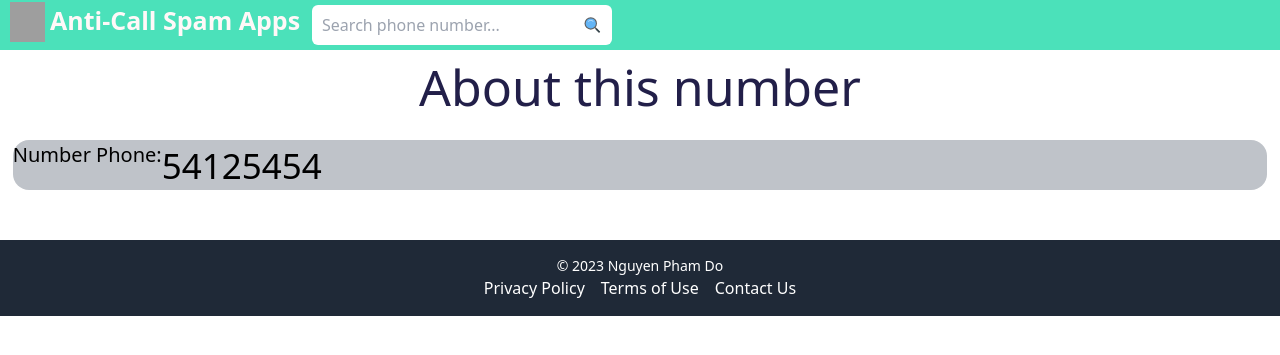
Repository: NPham1402/Web-user-callSpamBlocker
Page: /detail
The author's editor kept a copy of each file at every save. The page is drawn from the files as they stood at one save, then again after the next save.
The browser window is 1280 px wide. The pictures show the whole page.
Pictures or frames that could not be fetched are drawn as grey boxes. The page's requests for data from a server got no answer. The project was rebuilt for these pictures with package versions that can differ from the ones it lists, and the page was loaded fresh each time. The framework's server and built-in components were replaced by stand-ins that run in the browser. No one was signed in, and anything a server would have sent is missing. Also part of the build but not shown: next.config.js.

Above is the page before, as saved 2023-02-13 15:09:53.

After the next save:
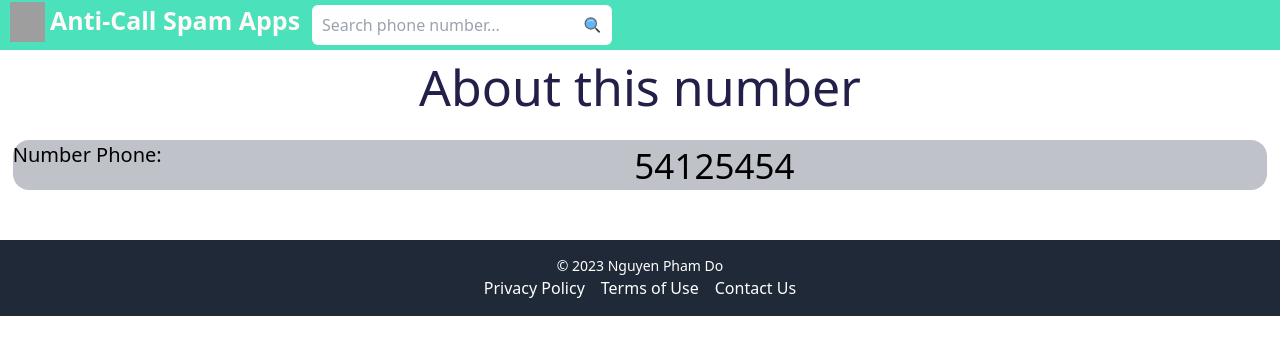
Saved 21 s later.
--- a/pages/detail.js
+++ b/pages/detail.js
@@ -43,7 +43,7 @@ function detail() {
         <div className="w-[98%] my-[15px] rounded-[16px]  mx-auto h-[50px] bg-[#bfc3c9]">
           <div className="flex flex-row">
             <p className="text-[20px] align-text-bottom">Number Phone:</p>
-            <p className="text-[35px]">54125454</p>
+            <p className="text-[35px] m-auto">54125454</p>
           </div>
         </div>
       </main>
